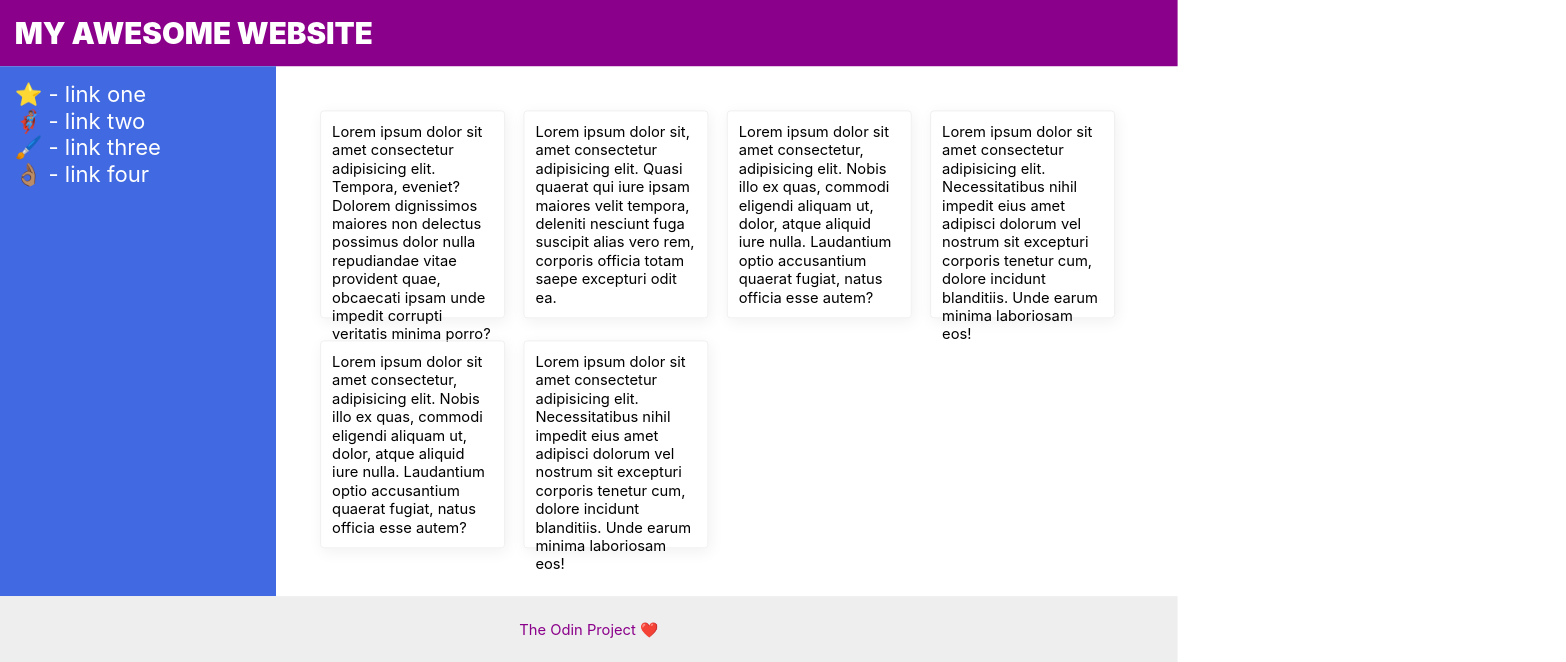
Repository: bbrockbrown/css-exercises
Page: flex/07-flex-layout-2/index.html
The author's editor kept a copy of each file at every save. The page is drawn from the files as they stood at one save, then again after the next save.
The browser window is 1280 px wide. The page is 1280 px wide, then 1702 px, then 1280 px, so the pictures cover 1702 px, including what lies to the right of the window. The pictures show the whole page, at 92% of full size.

Above is the page before, as saved 2024-07-22 18:52:48.

### flex/07-flex-layout-2/index.html
<!DOCTYPE html>
<html lang="en">
  <head>
    <meta charset="UTF-8">
    <meta http-equiv="X-UA-Compatible" content="IE=edge">
    <meta name="viewport" content="width=device-width, initial-scale=1.0">
    <title>The Holy Grail</title>
    <link rel="stylesheet" href="style.css">
  </head>
  <body>

    <div class="header">
      MY AWESOME WEBSITE
    </div>

    <div class="content-container">
      <div class="sidebar">
        <ul>
          <li><a href="#">⭐ - link one</a></li>
          <li><a href="#">🦸🏽‍♂️ - link two</a></li>
          <li><a href="#">🖌️ - link three</a></li>
          <li><a href="#">👌🏽 - link four</a></li>
        </ul>
      </div>

      <div class="card-container">
        <div class="card">Lorem ipsum dolor sit amet consectetur adipisicing elit. Tempora, eveniet? Dolorem dignissimos maiores non delectus possimus dolor nulla repudiandae vitae provident quae, obcaecati ipsam unde impedit corrupti veritatis minima porro?</div>
        <div class="card">Lorem ipsum dolor sit, amet consectetur adipisicing elit. Quasi quaerat qui iure ipsam maiores velit tempora, deleniti nesciunt fuga suscipit alias vero rem, corporis officia totam saepe excepturi odit ea.</div>
        <div class="card">Lorem ipsum dolor sit amet consectetur, adipisicing elit. Nobis illo ex quas, commodi eligendi aliquam ut, dolor, atque aliquid iure nulla. Laudantium optio accusantium quaerat fugiat, natus officia esse autem?</div>
        <div class="card">Lorem ipsum dolor sit amet consectetur adipisicing elit. Necessitatibus nihil impedit eius amet adipisci dolorum vel nostrum sit excepturi corporis tenetur cum, dolore incidunt blanditiis. Unde earum minima laboriosam eos!</div>
        <div class="card">Lorem ipsum dolor sit amet consectetur, adipisicing elit. Nobis illo ex quas, commodi eligendi aliquam ut, dolor, atque aliquid iure nulla. Laudantium optio accusantium quaerat fugiat, natus officia esse autem?</div>
        <div class="card">Lorem ipsum dolor sit amet consectetur adipisicing elit. Necessitatibus nihil impedit eius amet adipisci dolorum vel nostrum sit excepturi corporis tenetur cum, dolore incidunt blanditiis. Unde earum minima laboriosam eos!</div>
      </div>

      <div class="empty-right">
        <!-- Placeholder -->
      </div>

    </div>


    <div class="footer">
      The Odin Project ❤️
    </div>

  </body>
</html>

### flex/07-flex-layout-2/style.css
body {
  font-family: -apple-system, BlinkMacSystemFont, 'Segoe UI', Roboto, Oxygen, Ubuntu, Cantarell, 'Open Sans', 'Helvetica Neue', sans-serif;
  margin: 0;
  min-height: 100vh;
  display: flex;
  flex-direction: column;
}

.header {
  height: 72px;
  background: darkmagenta;
  color: white;
  display: flex;
  align-items: center;
  padding-left: 16px;
  font-size: 32px;
  font-weight: 900;
}

.footer {
  height: 72px;
  background: #eee;
  color: darkmagenta;
  display: flex;
  justify-content: center;
  align-items: center;
}

.content-container {
  display: flex;
  flex: 1;
}

.sidebar {
  width: 300px;
  background: royalblue;
  box-sizing: border-box;
  display: flex;
  flex-direction: column;
  flex-shrink: 0;
  padding: 16px;
}

.card-container {
  display: flex;
  padding: 48px;
  flex-wrap: wrap;
  gap: 20px;
}

.card {
  border: 1px solid #eee;
  box-shadow: 2px 4px 16px rgba(0,0,0,.06);
  border-radius: 4px;
  height: 200px;
  width: 175px;
  padding: 12px;
}

.empty-right {
  display: flex;
  flex: 1;
}

ul {
  list-style: none;
  padding: 0;
  margin: 0;

}

a {
  text-decoration: none;
  color: white;
  font-size: 24px;
}

After the next save:
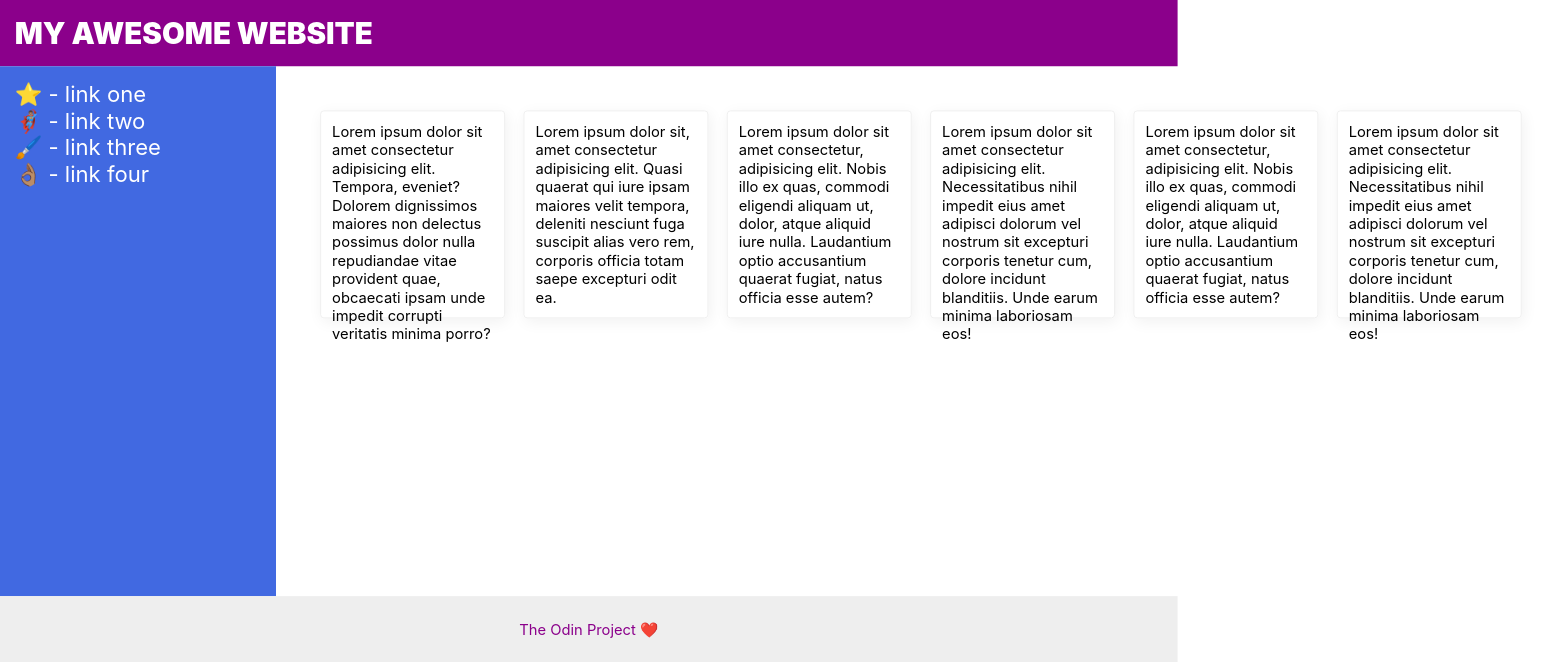
Saved 108 s later.
--- a/flex/07-flex-layout-2/style.css
+++ b/flex/07-flex-layout-2/style.css
@@ -45,6 +45,7 @@
   display: flex;
   padding: 48px;
   flex-wrap: wrap;
+  flex-shrink: 0;
   gap: 20px;
 }
 

After the save that followed:
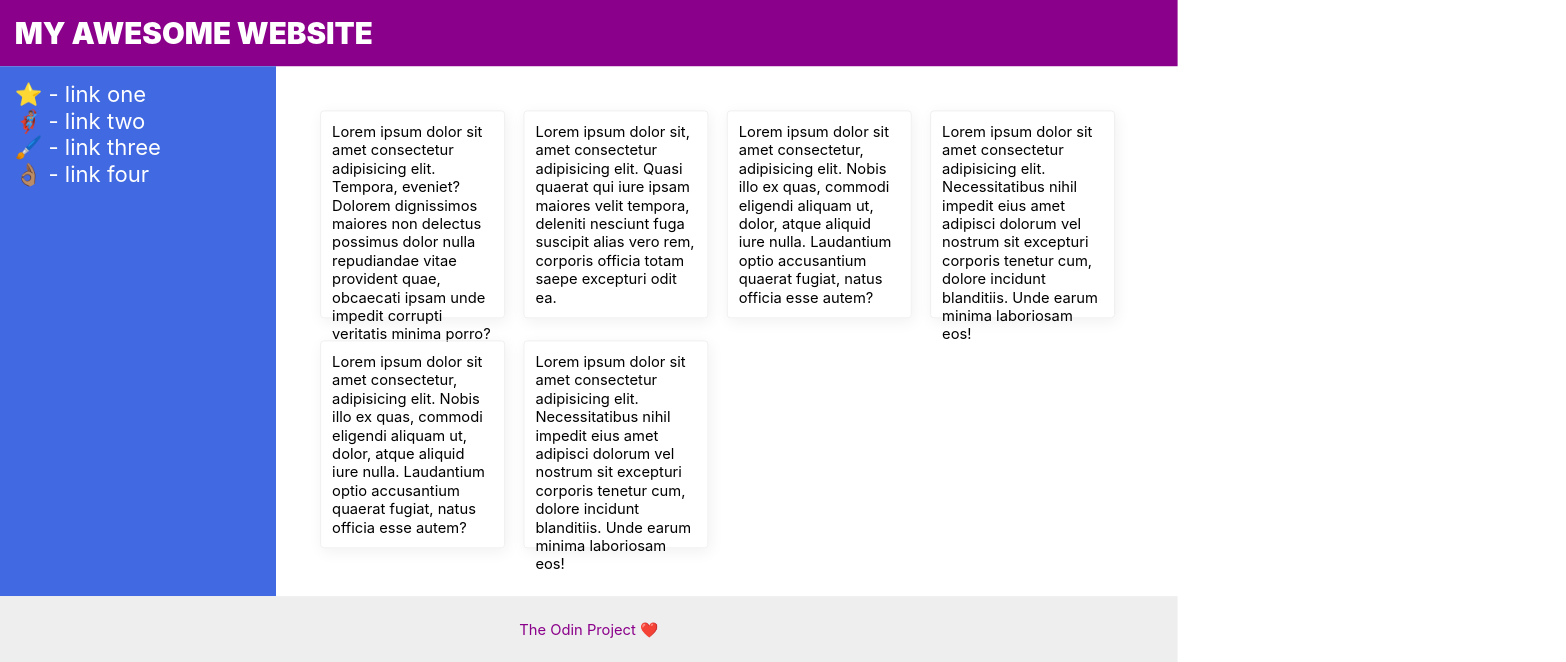
Saved 8 s later.
--- a/flex/07-flex-layout-2/style.css
+++ b/flex/07-flex-layout-2/style.css
@@ -45,7 +45,6 @@
   display: flex;
   padding: 48px;
   flex-wrap: wrap;
-  flex-shrink: 0;
   gap: 20px;
 }
 
